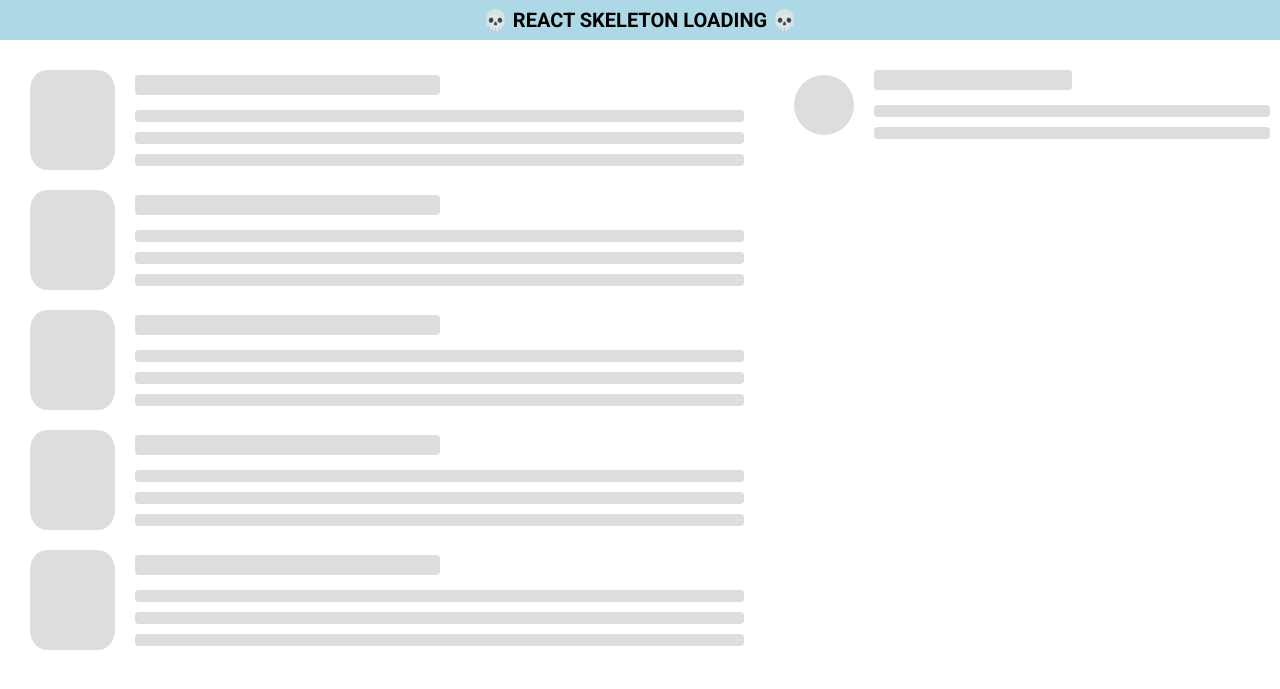
Repository: ethanJones21/React-Skeleton-Loading
Page: /
These files come from the project's save history. The page is drawn as it stood at one moment and after the next save; the edit follows.
The browser window is 1280 px wide. The pictures show the whole page.
The page's requests for data from a server got no answer. The project was rebuilt for these pictures with package versions that can differ from the ones it lists, and the page was loaded fresh each time. No one was signed in, and anything a server would have sent is missing. Also part of the build but not shown: src/components/Post.css, src/components/Post.js.

Above is the page before, as saved 2020-11-26 03:29:57.

After the next save:
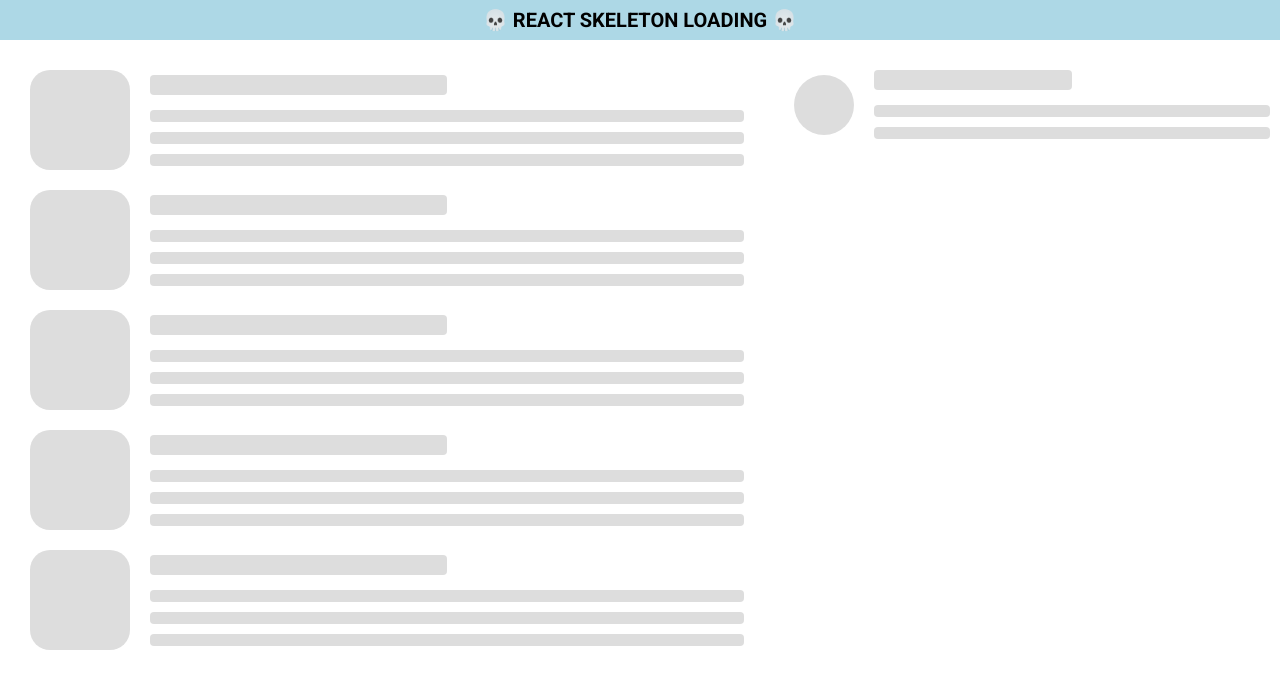
Saved 37 s later.
--- a/src/skeleton/PostSkeleton.js
+++ b/src/skeleton/PostSkeleton.js
@@ -5,7 +5,9 @@ import Skeleton from "./Skeleton";
 const PostSkeleton = () => {
   return (
     <div className="postSkeleton">
-      <Skeleton type="avatar" />
+      <div className="postSkeletonLeft">
+        <Skeleton type="avatar" />
+      </div>
       <div className="postSkeletonRight">
         <Skeleton type="title" />
         <Skeleton type="text" />
